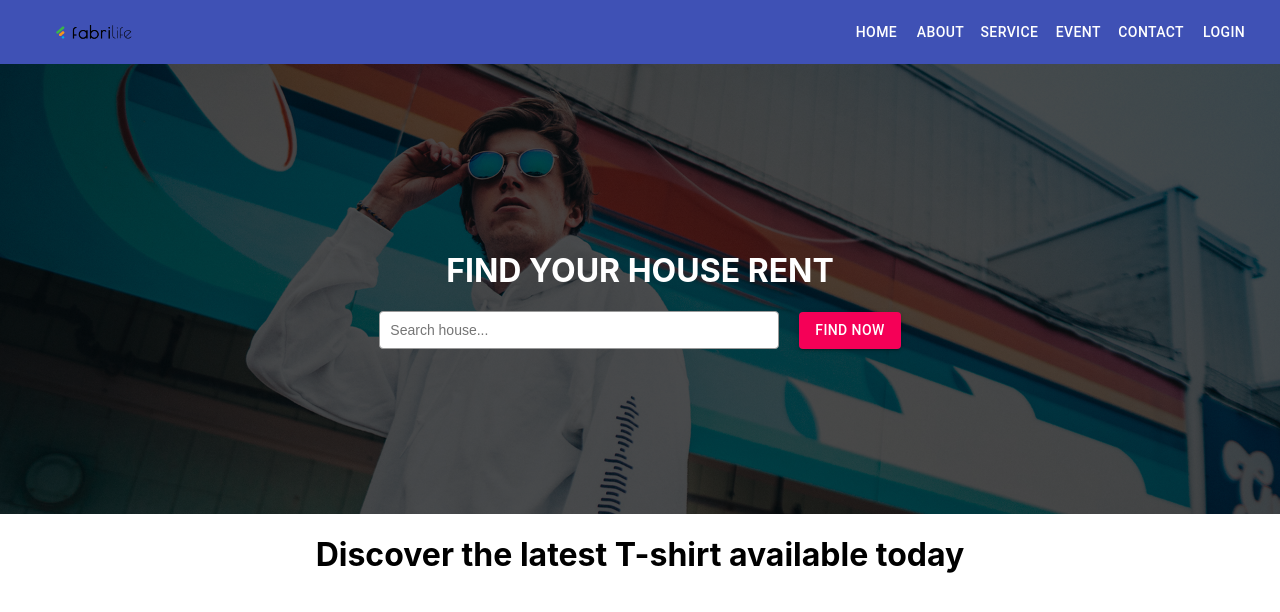
Repository: arif286/fabrilife-E-commerce-client-site
Page: /
These files come from the project's save history. The page is drawn as it stood at one moment and after the next save; the edit follows.
The browser window is 1280 px wide. The pictures show the whole page.
The page's requests for data from a server got no answer. The project was rebuilt for these pictures with package versions that can differ from the ones it lists, and the page was loaded fresh each time. No one was signed in, and anything a server would have sent is missing. Also part of the build but not shown: src/components/AddEvent/AddEvent.css, src/components/AddEvent/AddEvent.js, src/components/Shop/ShopCard/ShopCard.js, src/components/NoMatch/NoMatch.js.

Above is the page before, as saved 2021-03-31 01:42:01.

### src/App.js
import React from "react";
import { BrowserRouter as Router, Route, Switch } from "react-router-dom";
import AddEvent from "./components/AddEvent/AddEvent";
import Header from "./components/Header/Header";
import Home from "./components/Home/Home";
import NoMatch from "./components/NoMatch/NoMatch";


function App() {
  return (
    <div>
      <Router>
        <Header />
        <Switch>
          <Route path="/home">
            <Home/>
          </Route>
          <Route path="/addEvent">
            <AddEvent />
          </Route>
          <Route exact path="/">
            <Home />
          </Route>
          <Route path="*">
            <NoMatch />
          </Route>
        </Switch>
      </Router>
    </div>
  );
}

export default App;

### src/components/Header/Header.js
import AppBar from "@material-ui/core/AppBar";
import Button from "@material-ui/core/Button";
import { makeStyles } from "@material-ui/core/styles";
import Toolbar from "@material-ui/core/Toolbar";
import Typography from "@material-ui/core/Typography";
import React from "react";
import { NavLink } from "react-router-dom";
import logo from "../../tshirt-shop/logos/fabrilife.svg";
import "./Header.css";

const useStyles = makeStyles((theme) => ({
  root: {
    flexGrow: 1,
  },
  menuButton: {
    marginRight: theme.spacing(2),
  },
  title: {
    flexGrow: 1,
  },
}));

const Header = () => {
  const classes = useStyles();

  return (
    <div className={classes.root}>
      <AppBar position="static">
        <Toolbar>
          <img
            style={{ width: "80px", marginLeft: "30px" }}
            src={logo}
            alt=""
          />
          {/* <IconButton
              edge="start"
              className={classes.menuButton}
              color="inherit"
              aria-label="menu"
            >
              <MenuIcon />
            </IconButton> */}
          <Typography variant="h6" className={classes.title}></Typography>
          <NavLink className="header-link" to="/home">
            <Button color="inherit">Home</Button>
          </NavLink>
          <NavLink className="header-link" to="/home">
            <Button color="inherit">About</Button>
          </NavLink>
          <NavLink className="header-link" to="/home">
            <Button color="inherit">Service</Button>
          </NavLink>
          <NavLink className="header-link" to="/addEvent">
            <Button color="inherit">Event</Button>
          </NavLink>
          <NavLink className="header-link" to="/home">
            <Button color="inherit">Contact</Button>
          </NavLink>
          <NavLink className="header-link" to="/login">
            <Button color="inherit">Login</Button>
          </NavLink>
        </Toolbar>
      </AppBar>
    </div>
  );
};

export default Header;

### src/components/Home/Home.js
import React from 'react';
import SearchBar from '../SearchBar/SearchBar';
import Shop from '../Shop/Shop';

const Home = () => {
    return (
        <>
            <SearchBar/>
            <Shop/>
        </>
    );
};

export default Home;

### src/components/Header/Header.css
.header-link {
  text-decoration: none;
  color: white;
}

### src/components/SearchBar/SearchBar.js
import { Button } from "@material-ui/core";
import React from "react";
import "./SearchBar.css";

const SearchBar = () => {
  return (
    <div className="bgImage">
      <div className="search-bar">
        <h1>Find your house rent</h1>
        <div className="search-bar">
          <input placeholder="Search house..." type="text" />
          <Button color="secondary" variant="contained">
            Find Now
          </Button>
        </div>
      </div>
    </div>
  );
};

export default SearchBar;

### src/components/Shop/Shop.js
import { Container, Grid } from "@material-ui/core";
import axios from "axios";
import React, { useEffect, useState } from "react";
import ShopCard from "./ShopCard/ShopCard";

const Shop = () => {
     const [event, setEvent] = useState([]);

     useEffect(() => {
       axios
         .get("http://localhost:5000/event")
         .then((res) => setEvent(res.data))
         .catch((error) => console.log(error));
     }, []);

    return (
      <div>
        <Container>
          <Grid container direction="column" alignItems="center">
            <h1> Discover the latest T-shirt available today</h1>
          </Grid>
          <Grid container spacing={4}>
            {
              event.map((product, index) => (
              <Grid item xs={12} sm={6} md={4}>
                <ShopCard product={product} key={index} />
              </Grid>
            ))
            }
          </Grid>
        </Container>
      </div>
    );
};

export default Shop;

### src/components/SearchBar/SearchBar.css
.bgImage {
  background-image: linear-gradient(#000000b3, #000000b3),
    url("../../tshirt-shop/images/websiteheader2.png") !important;
  background-repeat: no-repeat;
  background-size: cover;
  min-height: 450px;
  width: 100%;
  display: flex;
  justify-content: center;
  align-items: center;
}
.search-bar h1 {
  color: white;
  text-transform: uppercase;
}
.search-bar input {
  min-width: 400px;
  display: inline-block;
  box-sizing: border-box;
  padding: 10px;
  border-radius: 4px;
  font-size: 14px;
  border: 1px solid #999999;
  outline: none;
  margin-right: 20px;
}
.search-bar {
  text-align: center;
}

Loaded but not shown: public/index.html (common file); src/index.js (common file); src/index.css (common file); src/reportWebVitals.js (common file); src/components/Shop/ShopCard/ShopCard.css (no stored copy; drawn as an empty file)

After the next save:
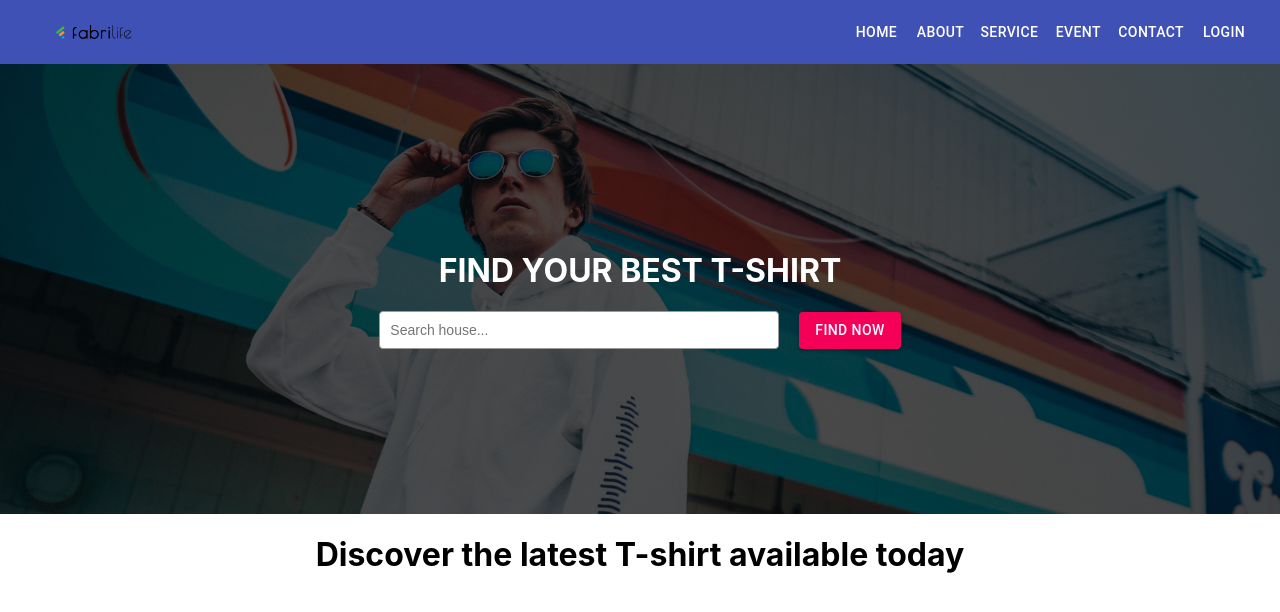
Saved 62 s later.
--- a/src/components/SearchBar/SearchBar.js
+++ b/src/components/SearchBar/SearchBar.js
@@ -6,7 +6,7 @@
   return (
     <div className="bgImage">
       <div className="search-bar">
-        <h1>Find your house rent</h1>
+        <h1>Find your best T-shirt</h1>
         <div className="search-bar">
           <input placeholder="Search house..." type="text" />
           <Button color="secondary" variant="contained">
